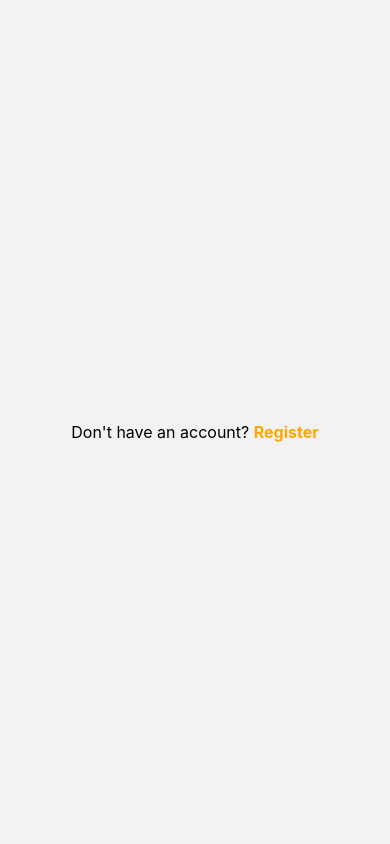
Repository: ds-mbappe/UpShoCal
Screen: /
An editor plug-in stored every save of this project. The screen is shown before and after the next save, followed by the edit.
The app was drawn by React Native's web renderer in a window 390 px wide. The project was rebuilt for these pictures with package versions that can differ from the ones it lists, and the page was loaded fresh each time. Also part of the build but not shown: data.js, Screens/Home.js, Screens/Product.js, Screens/Registration.js.

Above is the screen before, as saved 2022-06-07 13:32:43.

### App.js
import React, { useEffect, useState } from "react";
import { NavigationContainer } from "@react-navigation/native";
import { createNativeStackNavigator } from "@react-navigation/native-stack";
import { createDrawerNavigator } from "@react-navigation/drawer";
import Home from "./Screens/Home";
import Product from "./Screens/Product";
import Login from "./Screens/Login";
import Registration from "./Screens/Registration";

const Stack = createNativeStackNavigator();
const Drawer = createDrawerNavigator();

const Root = () => {
  return (
    <Stack.Navigator initialRouteName="Home">
      <Stack.Screen
        name="Root"
        component={Home}
        options={{ headerShown: false }}
      />
      <Stack.Screen
        name="Product"
        component={Product}
        options={{ headerShown: false }}
      />
    </Stack.Navigator>
  );
};

export default function App() {
  const [loading, setLoading] = useState(true);

  const [user, setUser] = useState(null);

  return (
    <NavigationContainer>
      <Stack.Navigator>
        {user ? (
          <Stack.Screen
            name="Root"
            component={Root}
            options={{ headerShown: false }}
          />
        ) : (
          <>
            <Stack.Screen
              name="Login"
              component={Login}
              options={{ headerShown: false }}
            />
            <Stack.Screen
              name="Registration"
              component={Registration}
              options={{ headerShown: false }}
            />
          </>
        )}
      </Stack.Navigator>
    </NavigationContainer>
    // <NavigationContainer>
    //   <Drawer.Navigator screenOptions={{ drawerPosition: "right" }}>
    //     <Drawer.Screen
    //       name="Home"
    //       component={Root}
    //       options={{ headerShown: false }}
    //     />
    //   </Drawer.Navigator>
    // </NavigationContainer>
  );
}

### Screens/Login.js
import {
  StyleSheet,
  Text,
  TextInput,
  TouchableOpacity,
  View,
  ScrollView,
} from "react-native";
import React, { useState } from "react";

const Login = ({ navigation }) => {
  const [email, setEmail] = useState("");

  const [password, setPassword] = useState("");

  const onFooterLinkPress = () => {
    navigation.navigate("Registration");
  };

  const onLoginPress = () => {
    console.log("Pressed");
  };

  return (
    <View style={styles.container}>
      <View style={styles.footerView}>
        <Text style={styles.footerText}>
          Don't have an account?{" "}
          <Text style={styles.footerLink} onPress={onFooterLinkPress}>
            Register
          </Text>
        </Text>
      </View>
    </View>
  );
};

export default Login;

const styles = StyleSheet.create({
  container: {
    flex: 1,
    justifyContent: "center",
    alignItems: "center",
  },
  input: {
    height: 50,
    borderRadius: 10,
    overflow: "hidden",
    backgroundColor: "white",
    marginTop: 10,
    marginBottom: 15,
    marginStart: 30,
    marginEnd: 30,
    paddingStart: 15,
  },
  button: {
    backgroundColor: "orange",
    marginStart: 30,
    marginEnd: 30,
    marginTop: 20,
    borderRadius: 10,
    height: 50,
    justifyContent: "center",
    alignItems: "center",
  },
  buttonTitle: {
    color: "white",
    fontSize: 18,
    fontWeight: "bold",
  },
  footerView: {
    flex: 1,
    justifyContent: "center",
    alignItems: "center",
    marginTop: 20,
  },
  footerText: {
    fontSize: 16,
    color: "black",
  },
  footerLink: {
    color: "orange",
    fontWeight: "bold",
    fontSize: 16,
  },
});

After the next save:
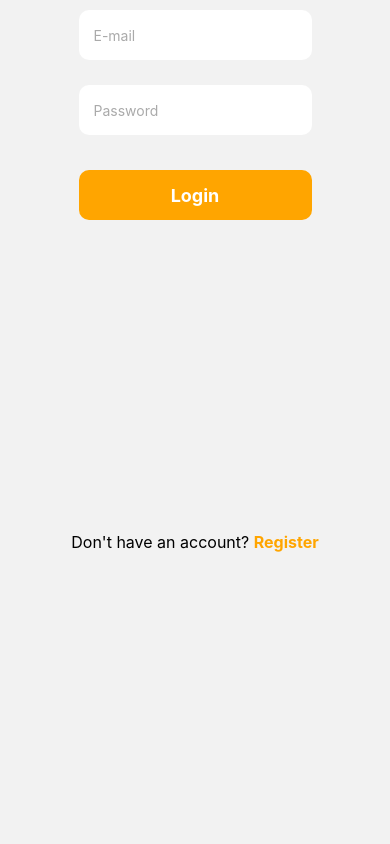
Saved 18 s later.
--- a/Screens/Login.js
+++ b/Screens/Login.js
@@ -23,6 +23,29 @@ const Login = ({ navigation }) => {
 
   return (
     <View style={styles.container}>
+      <View style={styles.fields}>
+        <TextInput
+          style={styles.input}
+          placeholder="E-mail"
+          placeholderTextColor="#AAAAAA"
+          onChangeText={(text) => setEmail(text)}
+          value={email}
+          autoCapitalize="none"
+        />
+        <TextInput
+          style={styles.input}
+          placeholder="Password"
+          placeholderTextColor="#AAAAAA"
+          secureTextEntry={true}
+          onChangeText={(text) => setPassword(text)}
+          value={password}
+          autoCapitalize="none"
+        />
+        <TouchableOpacity style={styles.button} onPress={() => onLoginPress()}>
+          <Text style={styles.buttonTitle}>Login</Text>
+        </TouchableOpacity>
+      </View>
+
       <View style={styles.footerView}>
         <Text style={styles.footerText}>
           Don't have an account?{" "}
